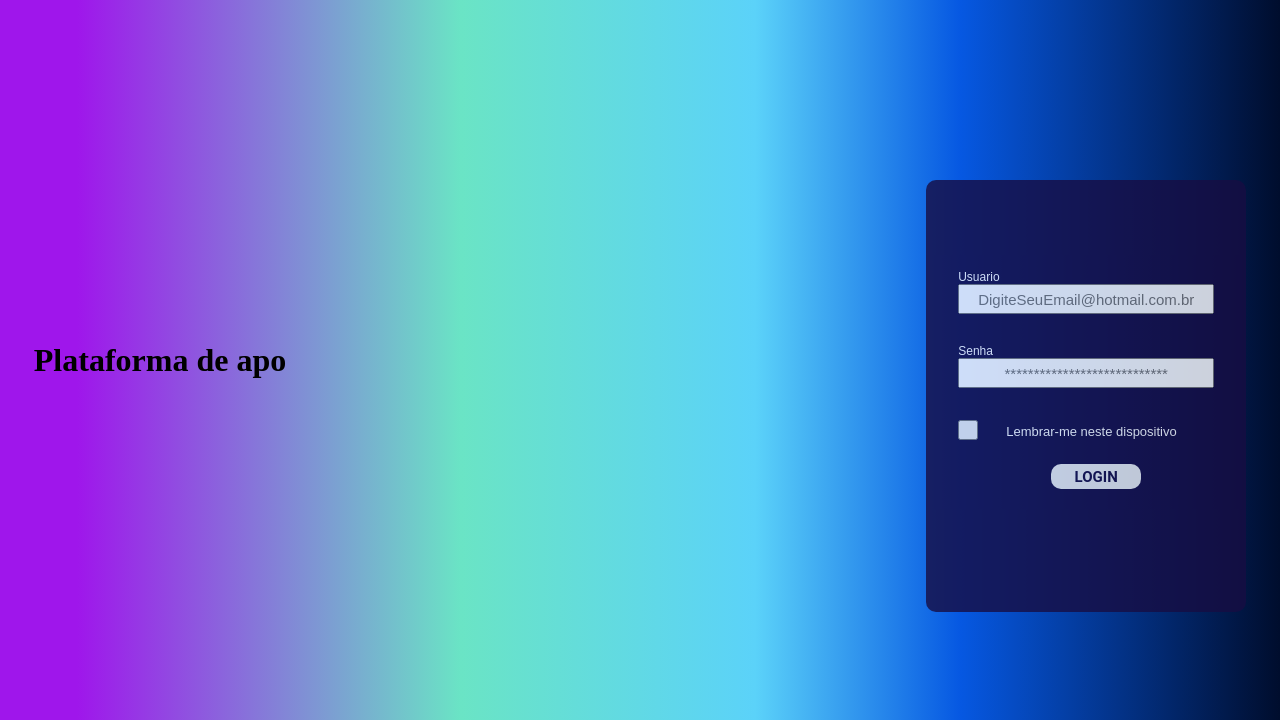
Repository: KevynMarques/Estudos-Reactjs-Firebase
Page: /
An editor plug-in stored every save of this project. The page is shown before and after the next save, followed by the edit.
The browser window is 1280 px wide. The pictures show the whole page.
The page's requests for data from a server got no answer. The project was rebuilt for these pictures with package versions that can differ from the ones it lists, and the page was loaded fresh each time. No one was signed in, and anything a server would have sent is missing. Also part of the build but not shown: src/Pages/Page2.jsx.

Above is the page before, as saved 2022-08-23 14:51:20.

### public/index.html
<!DOCTYPE html>
<html lang="pt-BR">
  <head>
    <meta charset="utf-8" />
    <link rel="icon" href="%PUBLIC_URL%/favicon.ico" />
    <meta name="viewport" content="width=device-width, initial-scale=1" />
    <meta name="theme-color" content="#000000" />
    <meta
      name="description"
      content="Web site created using create-react-app"
    />
    <link rel="apple-touch-icon" href="%PUBLIC_URL%/logo192.png" />
    <!--
      manifest.json provides metadata used when your web app is installed on a
      user's mobile device or desktop. See https://developers.google.com/web/fundamentals/web-app-manifest/
    -->
    <link rel="manifest" href="%PUBLIC_URL%/manifest.json" />
    <!--
      Notice the use of %PUBLIC_URL% in the tags above.
      It will be replaced with the URL of the `public` folder during the build.
      Only files inside the `public` folder can be referenced from the HTML.

      Unlike "/favicon.ico" or "favicon.ico", "%PUBLIC_URL%/favicon.ico" will
      work correctly both with client-side routing and a non-root public URL.
      Learn how to configure a non-root public URL by running `npm run build`.
    -->
    <title>Squad</title>
  </head>
  <body>
    <noscript>You need to enable JavaScript to run this app.</noscript>
    <div id="root"></div>
    <!--
      This HTML file is a template.
      If you open it directly in the browser, you will see an empty page.

      You can add webfonts, meta tags, or analytics to this file.
      The build step will place the bundled scripts into the <body> tag.

      To begin the development, run `npm start` or `yarn start`.
      To create a production bundle, use `npm run build` or `yarn build`.
    -->
  </body>
</html>

### src/App.jsx
import React from "react";
import Router from "./Routers/router";
import { GlobalStyle } from "./GlobalStyle";



function App() {
  return (
    <>
    <GlobalStyle/>
      <Router/>
    </>
  );
}

export default App;

### src/Routers/router.jsx
import { BrowserRouter, Routes, Route } from "react-router-dom";
import { Page1 } from "../Pages/Page1";
import { Page2 } from "../Pages/Page2";



export default () => {
  return (
    <>
    <BrowserRouter >
    <Routes >
      <Route path="/" element={<Page1 />} />
      <Route path="/Page2" element={<Page2 />} />
    </Routes>
    </BrowserRouter>
    </>
  );
}

### src/GlobalStyle.jsx

import { createGlobalStyle } from 'styled-components';

export const GlobalStyle = createGlobalStyle`
 * {
   margin: 0;
   padding: 0;
   box-sizing: border-box;
 }
`;

### src/Pages/Page1.jsx
import React from "react";
import { Login } from "../Components/Login/index";


export const Page1 = ()=>{
   return(
    <Login />
   );
}

### src/Components/Login/index.jsx
import React from "react";
import { authConfig } from "../../Auth/config";
import { BoxHome, BoxLogin, ButtomLogin, InputDeLogin, Remember, TextLogin, TextRemember, TextTittle} from "./style";






export const Login =()=>{
  return (
    <BoxHome>
      <TextTittle>
        Plataforma de apo
      </TextTittle>

    <BoxLogin>
       <TextLogin>Usuario</TextLogin>
       <InputDeLogin type="email" id="email" name="email" placeholder="DigiteSeuEmail@hotmail.com.br" />
       <TextLogin>Senha</TextLogin>
       <InputDeLogin type="text" id="password" name="password"  placeholder="****************************"/>
      <Remember />
      <TextRemember>Lembrar-me neste dispositivo</TextRemember>
     <ButtomLogin>
      LOGIN
     </ButtomLogin>
    </BoxLogin>
    </BoxHome>
  )
}

### src/Auth/config.jsx
import * as firebase from 'firebase/app';
import 'firebase/auth';

export const authConfig = firebase.initializeApp({
  apiKey: process.env.REACT_APP_FIREBASE_KEY,
  authDomain: process.env.REACT_APP_FIREBASE_DOMAIN,
  projectId: process.env.REACT_APP_FIREBASE_PROJECT_ID,
  storageBucket: process.env.REACT_APP_FIREBASE_STORAGE_BUCKET,
  messagingSenderId:process.env.REACT_APP_FIREBASE_SENDER_ID,
});

### src/Components/Login/style.jsx
import styled from "styled-components";

export const BoxHome = styled.div`
display: flex;
align-items: center;
justify-content: center;
background: rgb(159,22,235);
background: linear-gradient(90deg, rgba(159,22,235,1) 6%, rgba(106,228,197,1) 36%, rgba(91,210,249,1) 59%, rgba(6,88,226,1) 75%, rgba(0,13,45,1) 100%);
height: 100vh;
`;


export const TextTittle = styled.h1`


`;

export const BoxLogin = styled.div`
  width: 25vw;
  height: 60vh;
  background-color: #170d43;
  opacity: 0.8;
  border-radius: 10px;
  margin-top: 10vh;
  margin-left: 50vw;
  display: flex;
  flex-direction: column;
  padding-top: 60px;
`;

export const InputDeLogin = styled.input`
width: 80%;
margin-left: 10%;
height: 30px;
text-align: center;
font-size: 15px;

`;

export const TextLogin = styled.label`
 color: white;
 font-family: Arial, Helvetica, sans-serif;
 font-size: 12px;
 margin-left: 10%;
 margin-top: 30px;
`;


export const Remember = styled.button`
 width: 20px;
 height: 20px;
 margin-left: 10%;
 margin-top: 10%;
 cursor: pointer;
`;

export const TextRemember = styled.label`
  color: white;
  font-family: Arial, Helvetica, sans-serif;
  font-size: 13px;
  margin-left: 25%;
  margin-top: -5%;
`;


export const ButtomLogin = styled.button`
@import url('https://fonts.googleapis.com/css2?family=Macondo&family=Roboto:wght@500&display=swap');
 width: 90px;
 height: 25px;
 border: none;
 border-radius: 10px;
 font-weight: bold;
 font-family: 'Roboto', sans-serif;
 font-size: 15px;
 color:#170d43;
 margin-left: 125px;
 margin-top: 25px;
`;

Loaded but not shown: src/index.js (common file)

After the next save:
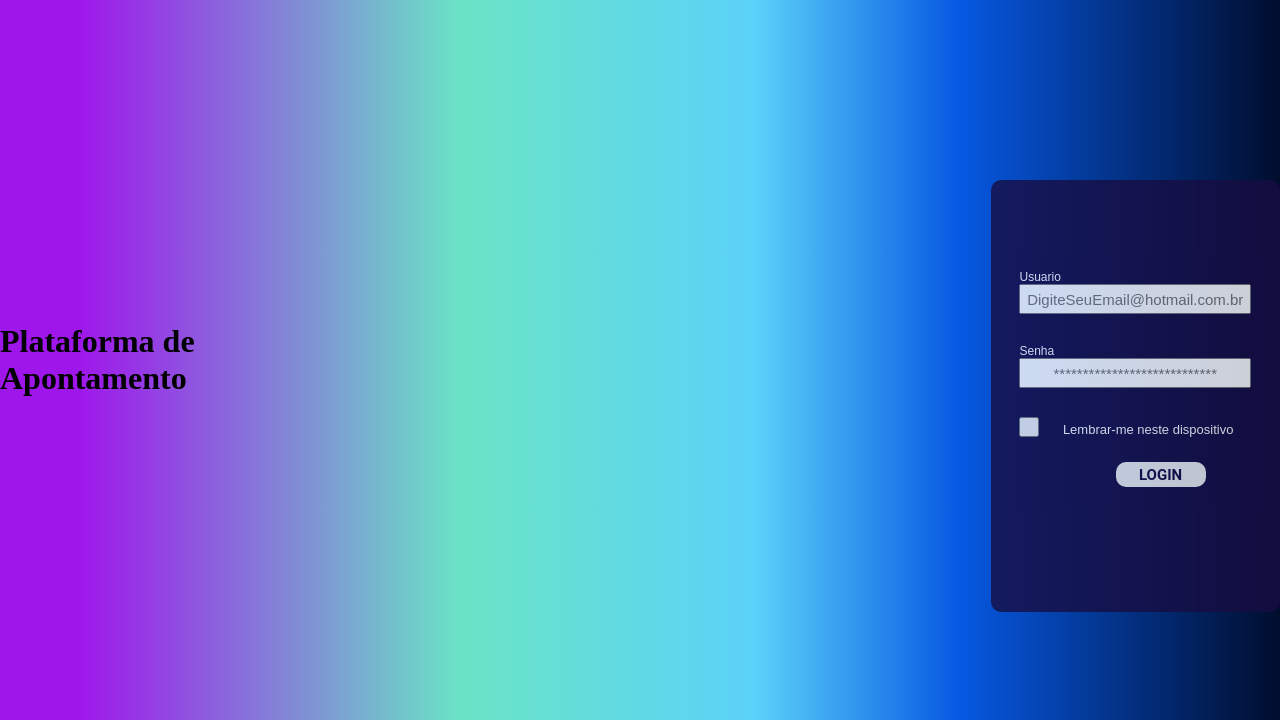
Saved 4 s later.
--- a/src/Components/Login/index.jsx
+++ b/src/Components/Login/index.jsx
@@ -11,7 +11,7 @@ export const Login =()=>{
   return (
     <BoxHome>
       <TextTittle>
-        Plataforma de apo
+        Plataforma de Apontamento
       </TextTittle>
 
     <BoxLogin>
